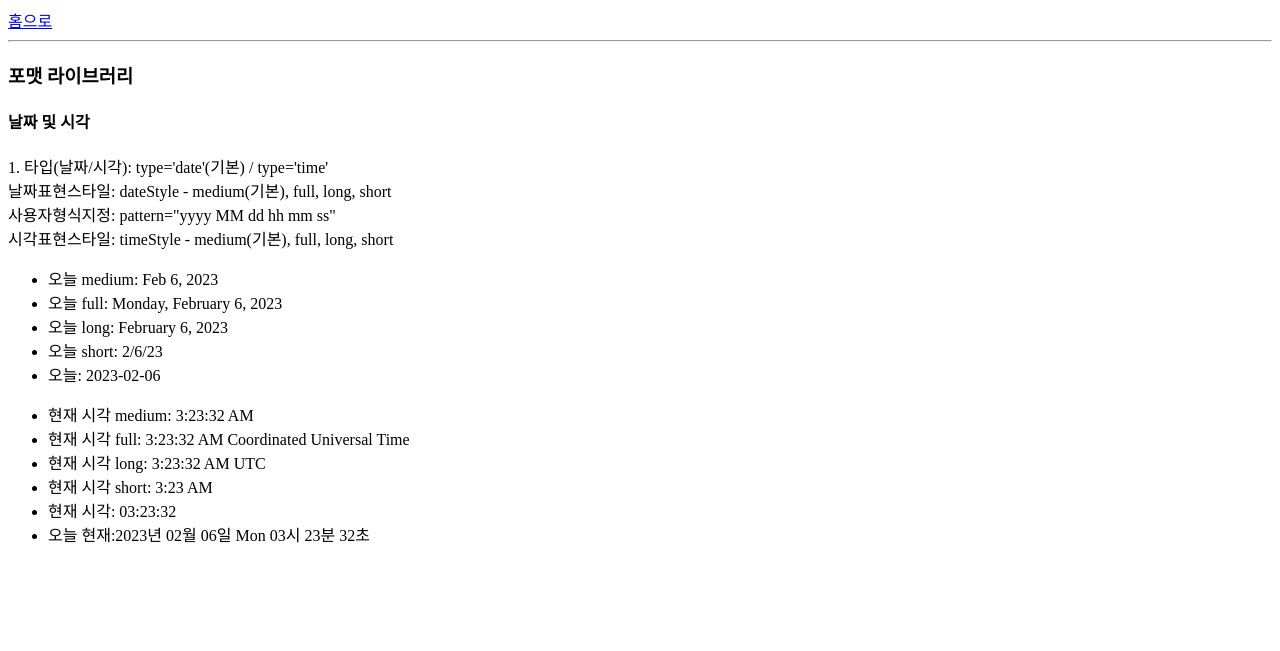
Repository: linklifejo/study_web
Page: http://localhost/servlet02/jstl/format.jsp
The author's editor kept a copy of each file at every save. The page is drawn from the files as they stood at one save, then again after the next save.
The browser window is 1280 px wide. The pictures show the whole page.
The page is served by Tomcat 9.

Above is the page before, as saved 2023-02-08 02:37:56.

After the next save:
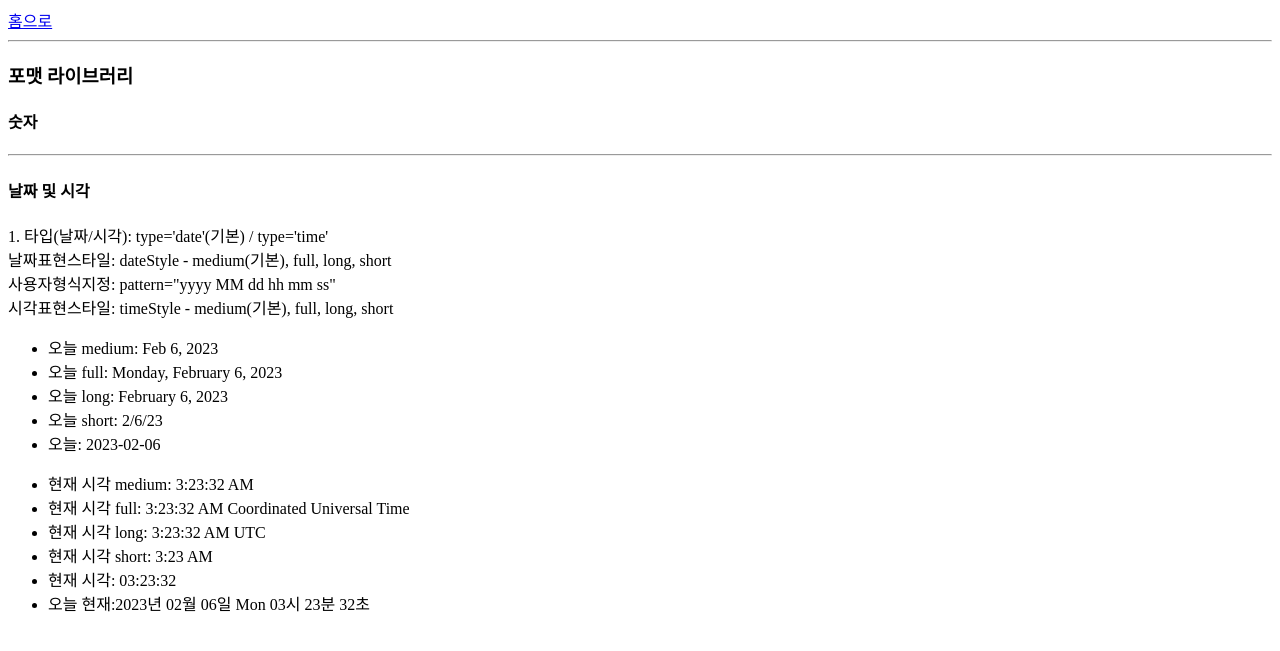
Saved 62 s later.
--- a/servlet02/src/main/webapp/jstl/format.jsp
+++ b/servlet02/src/main/webapp/jstl/format.jsp
@@ -12,6 +12,9 @@
 <a href='<c:url value="/"/>'>홈으로</a>
 <hr>
 <h3>포맷 라이브러리</h3>
+<h4>숫자</h4>
+
+<hr>
 <h4>날짜 및 시각</h4>
 <div>1. 타입(날짜/시각): type='date'(기본) / type='time'</div>
 <div>   날짜표현스타일: dateStyle - medium(기본), full, long, short</div>
